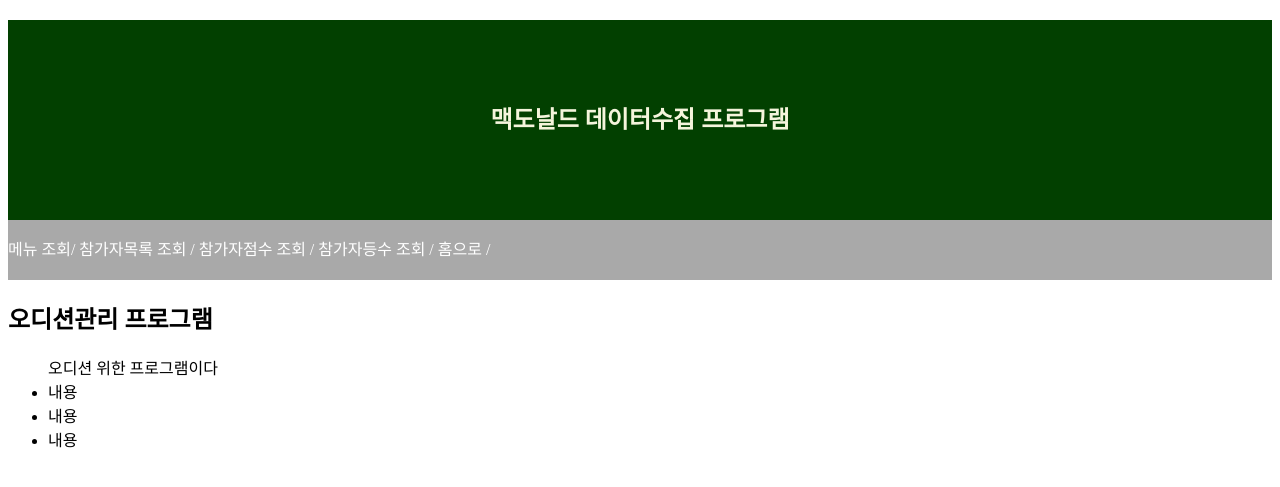
Repository: mvcfvsgdj/javaee
Page: http://localhost/prj0830_mg/
An editor plug-in stored every save of this project. The page is shown before and after the next save, followed by the edit.
The browser window is 1280 px wide. The pictures show the whole page.
The page is served by Tomcat 9.

Above is the page before, as saved 2023-08-29 06:24:18.

### prj0830_mg/src/main/webapp/index.jsp
<%@ page language="java" contentType="text/html; charset=UTF-8"
    pageEncoding="UTF-8"%>
<!DOCTYPE html>
<html>
<head>
<meta charset="UTF-8">
<title>Insert title here</title>
<link href="./css/HY라우드.css" rel="stylesheet" />
</head>
<body>
<header><h2>맥도날드 데이터수집 프로그램</h2></header>
<nav>
<a >메뉴 조회/</a>
<a href="">참가자목록 조회 /</a>
<a href="">참가자점수 조회 /</a>
<a href="">참가자등수 조회 /</a>
<a href="">홈으로 /</a>
</nav>
<section><h2>오디션관리 프로그램</h2>
<ul>오디션 위한 프로그램이다
<li>내용</li>
<li>내용</li>
<li>내용</li>

</ul>
</section>
</body>
</html>

### prj0830_mg/src/main/webapp/css/HY라우드.css
@charset "UTF-8";

header{
	background-color:rgb(2, 64, 0);
	height: 200px;
	margin: 0 auto;
	line-height: 200px;
	text-align: center;
	color: beige;
}
nav{
	background-color: darkgray;
	color: white;
	height: 60px;
	text-align: left;
	line-height: 60px;


}
a{
		text-decoration: none;
		color: white;
}

After the next save:
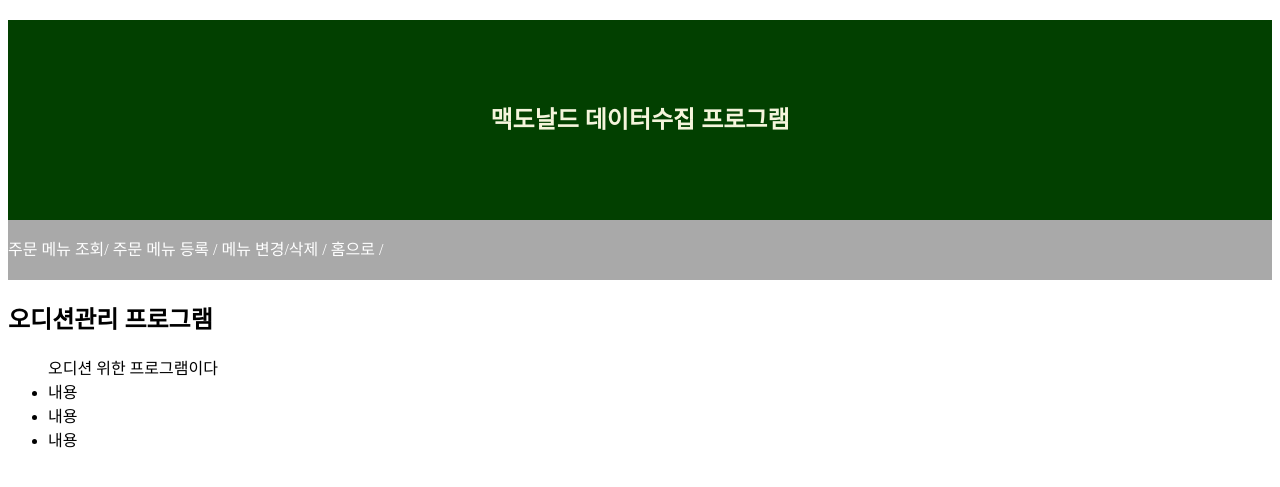
Saved 66 s later.
--- a/prj0830_mg/src/main/webapp/index.jsp
+++ b/prj0830_mg/src/main/webapp/index.jsp
@@ -10,10 +10,10 @@
 <body>
 <header><h2>맥도날드 데이터수집 프로그램</h2></header>
 <nav>
-<a >메뉴 조회/</a>
-<a href="">참가자목록 조회 /</a>
-<a href="">참가자점수 조회 /</a>
-<a href="">참가자등수 조회 /</a>
+<a href="">주문 메뉴 조회/</a>
+<a href="">주문 메뉴 등록 /</a>
+<a href="">메뉴 변경/삭제 /</a>
+
 <a href="">홈으로 /</a>
 </nav>
 <section><h2>오디션관리 프로그램</h2>
